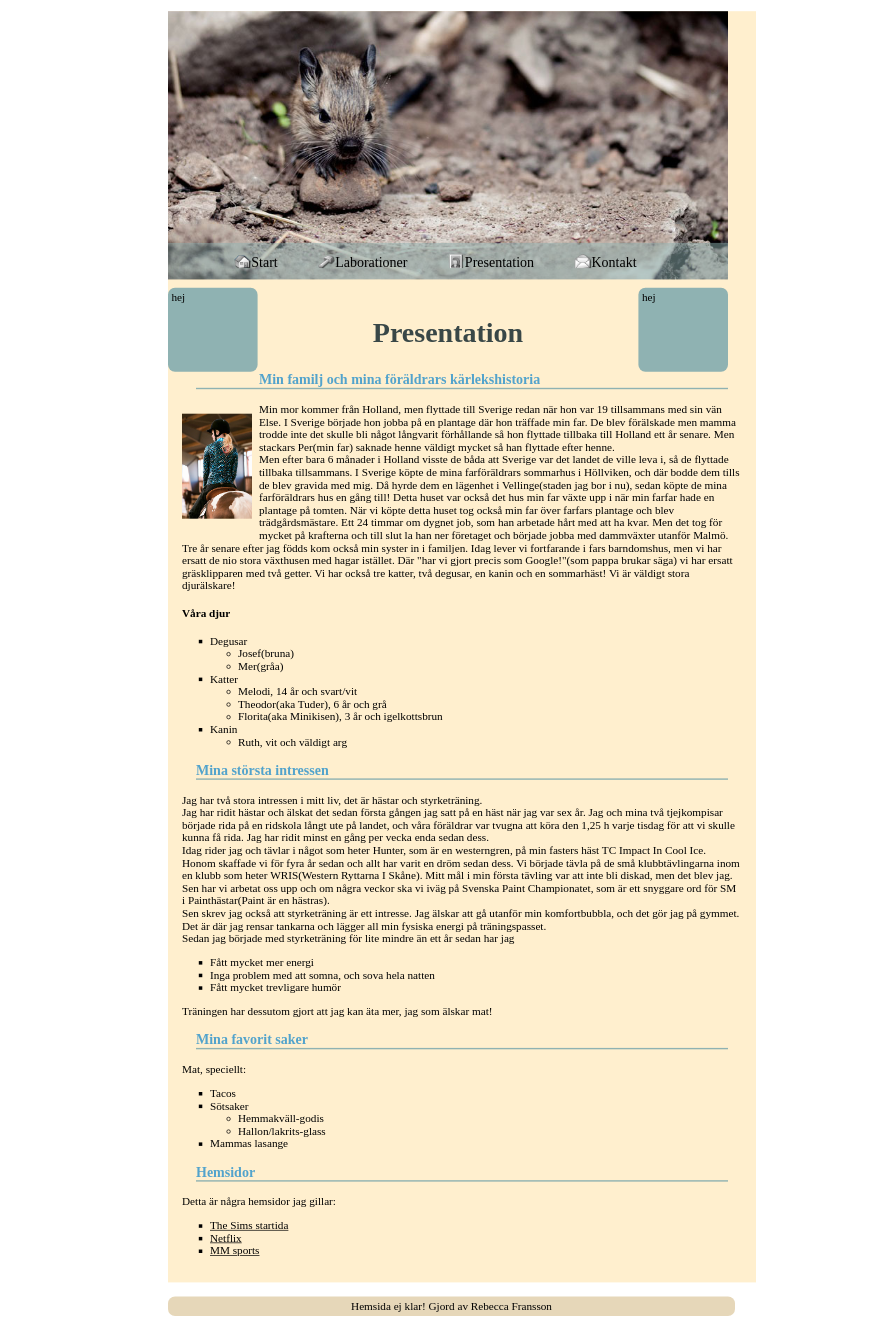
Repository: RebeccaFransson/Interfacedevelopment-1IK415
Page: pages/presentation.html
The author's editor kept a record of every edit. The page is drawn from the files as they stood at one moment, then again after the next edit.
The browser window is 1280 px wide. The pictures show the whole page, at 70% of full size.

Above is the page before.

After the next edit:
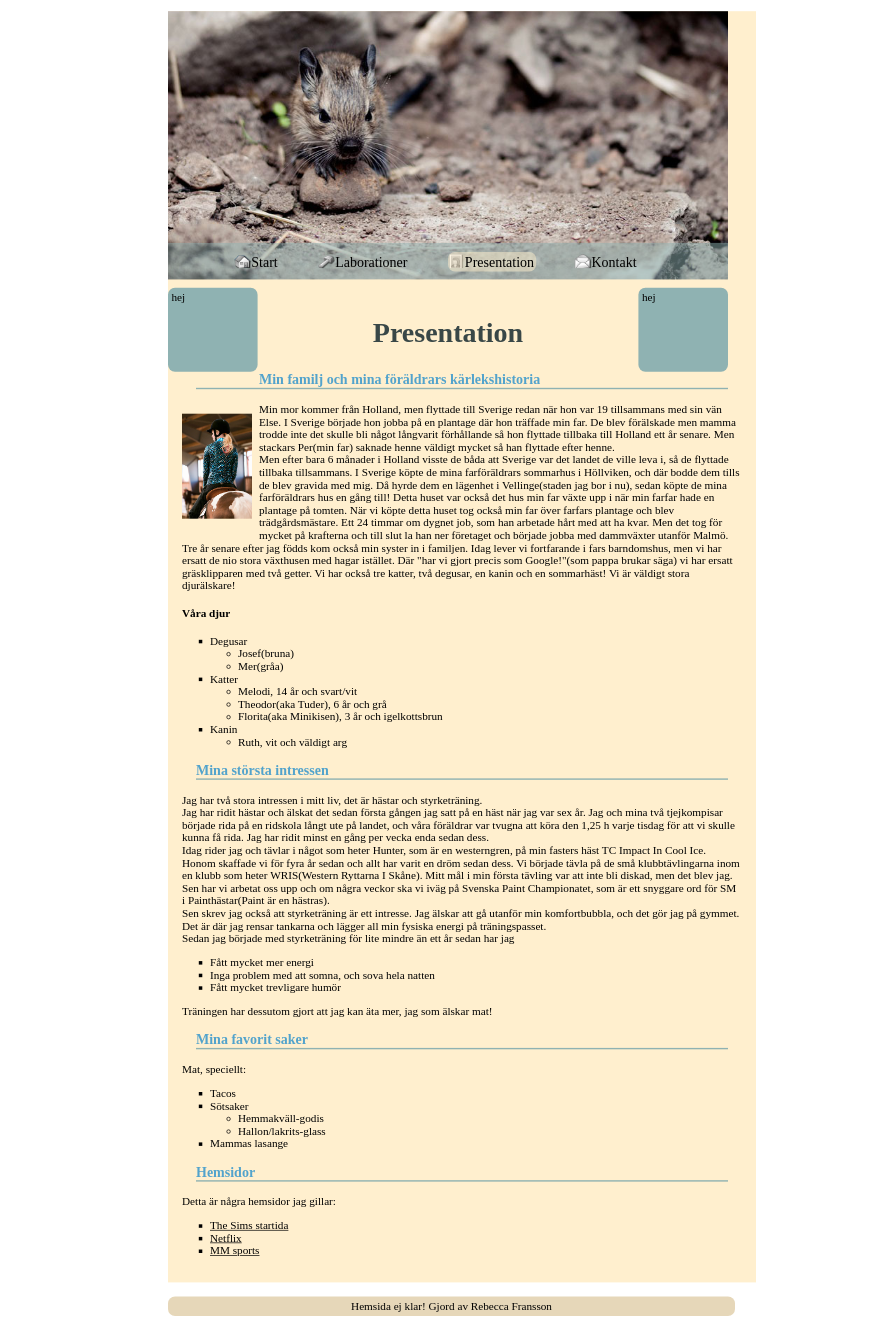
The edit:
--- a/pages/presentation.html
+++ b/pages/presentation.html
@@ -16,7 +16,7 @@
             <ul id="lista">
                 <li id="start" class="meny-start">  <a href="index.html">Start</a> </li>  <!-- ../ gör att jag kommer ut till mappen ovan.-->
                 <li id="lab" class="meny-lab">      <a href="pages/laborationer.html">Laborationer</a> </li>
-                <li id="pres" class="meny-pres" >   <a href="pages/presentation.html">Presentation</a> </li>
+                <li id="pres" class="meny-pres" >   <a  class="active" href="pages/presentation.html">Presentation</a> </li>
                 <li id="kont" class="meny-kont">    <a href="pages/kontakt.html">Kontakt</a> </li>
             </ul>
     </div>
